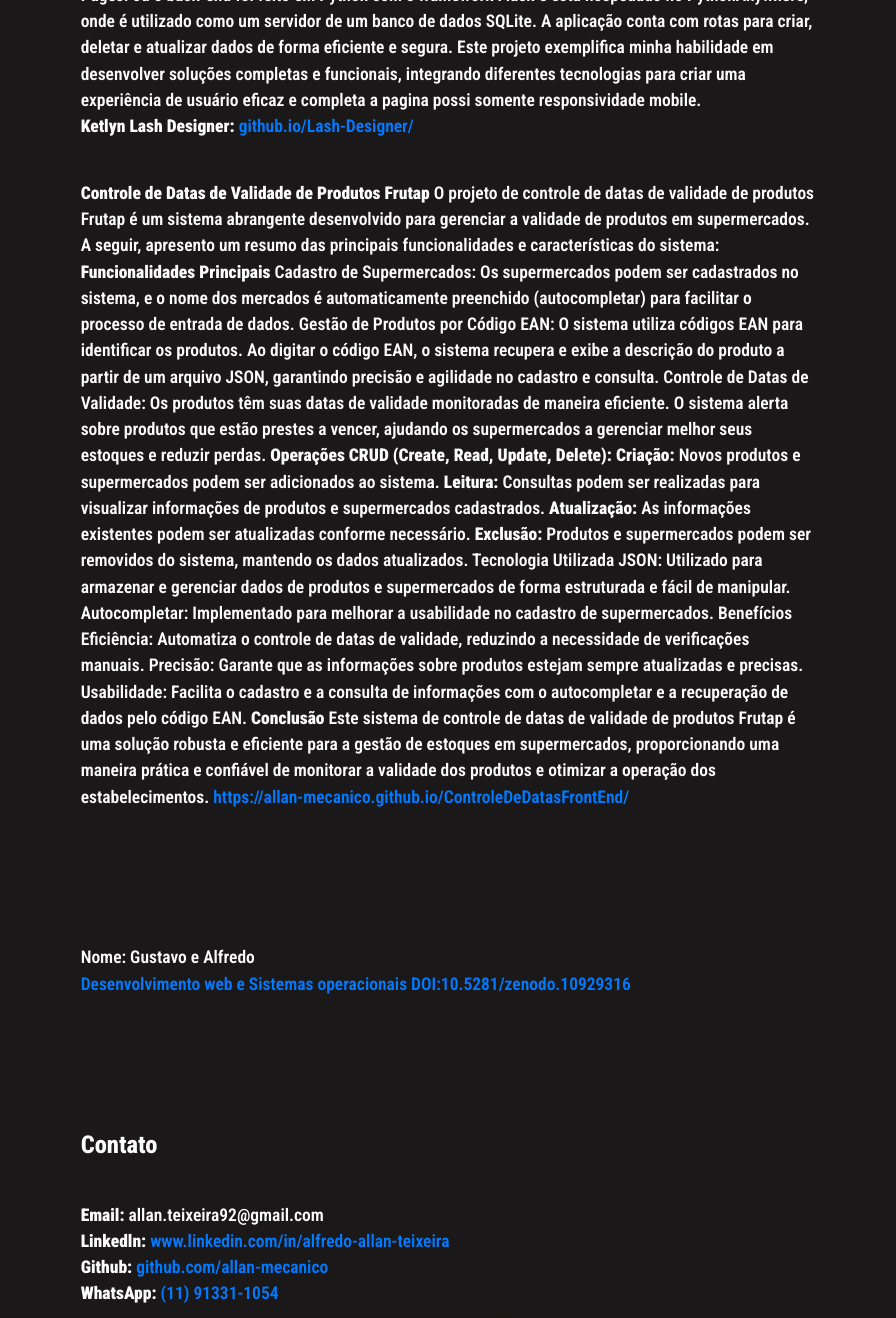
Repository: alfredo-allan/Portfolio
Page: index.html
The author's editor kept a copy of each file at every save. The page is drawn from the files as they stood at one save, then again after the next save.
The browser window is 1280 px wide. The pictures show the part of the page from y = 2584 to 4504 px (the page is 4467 px tall before and 4504 px after), at 70% of full size.

Above is the page before, as saved 2024-05-26 19:35:05.

After the next save:
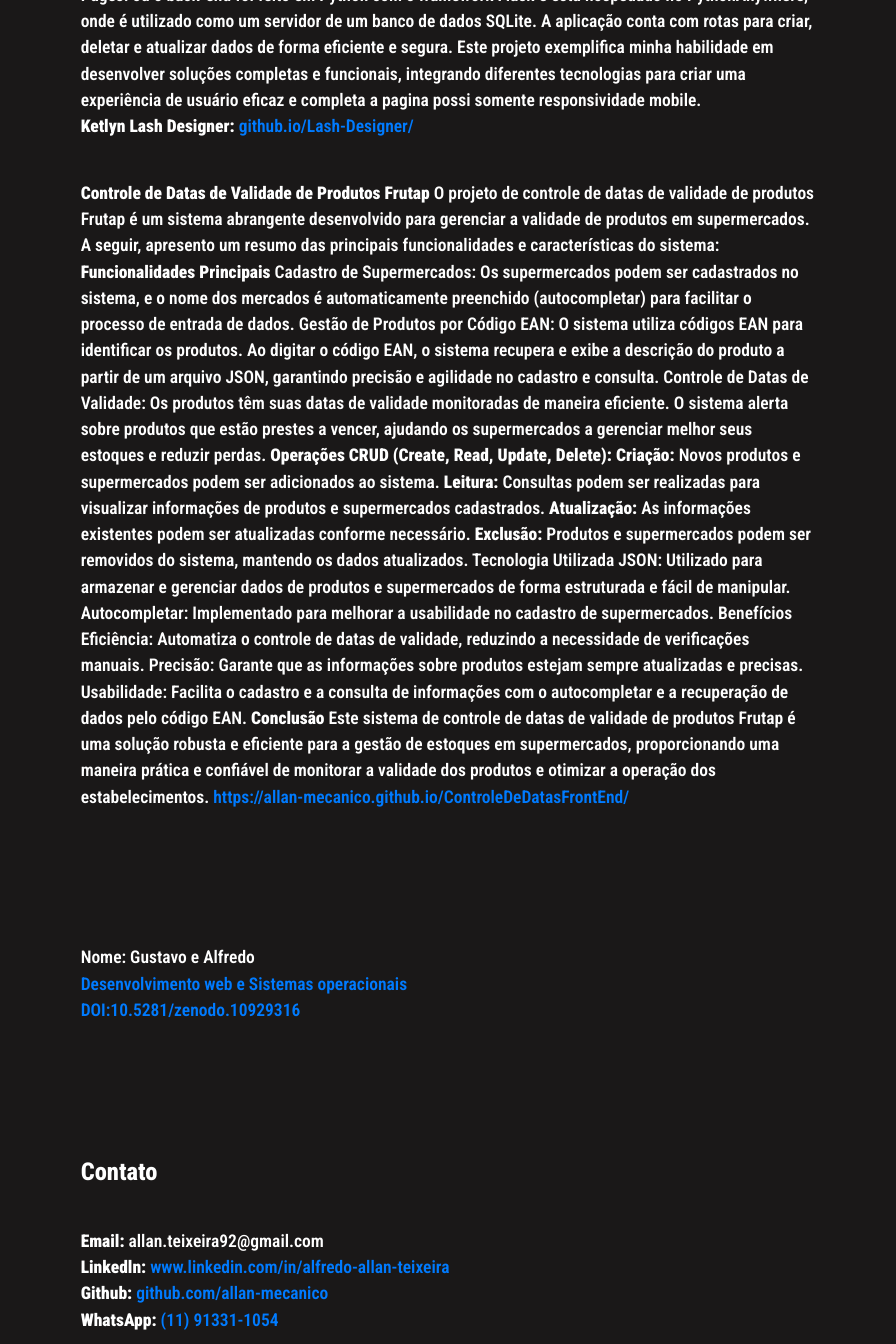
Saved 17 s later.
--- a/index.html
+++ b/index.html
@@ -154,7 +154,7 @@
       <p>
           Nome: Gustavo e Alfredo <br>
         <a href="https://zenodo.org/records/10929316"
-          >Desenvolvimento web e Sistemas operacionais
+          >Desenvolvimento web e Sistemas operacionais <br>
           DOI:10.5281/zenodo.10929316</a
         >
       </p>
